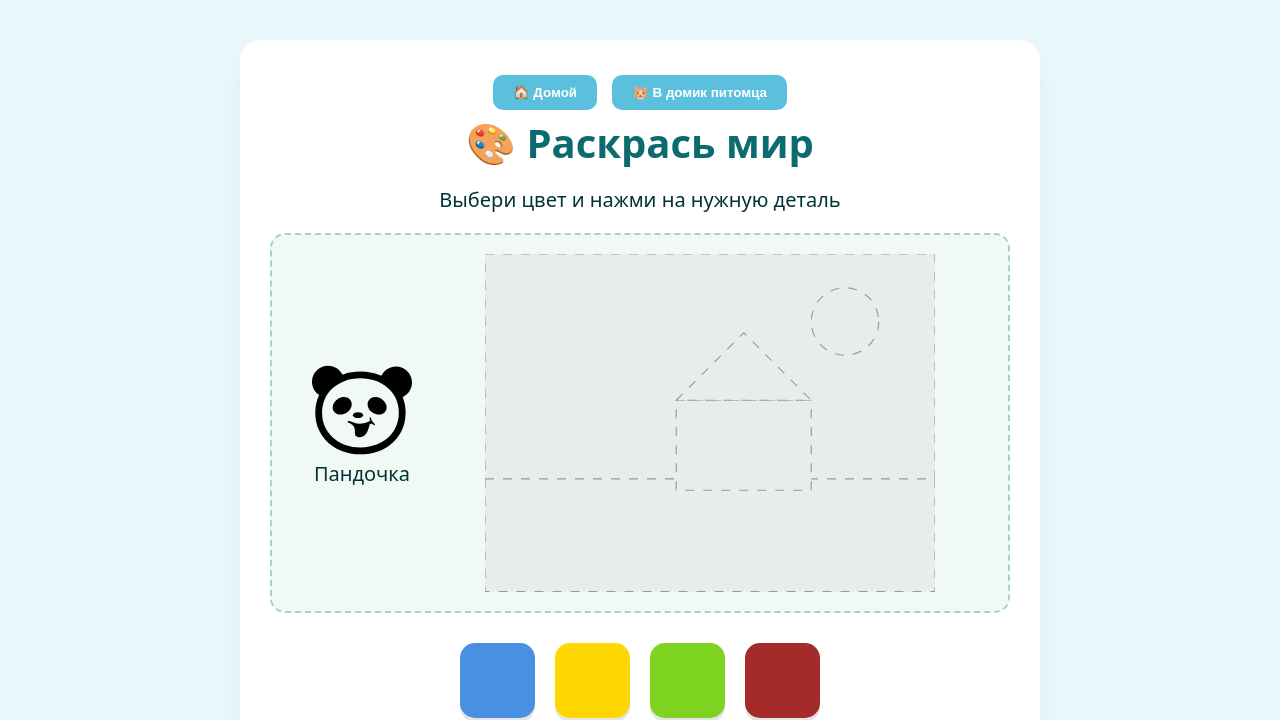
Repository: HOADF/kids-career-world
Page: games/artist/artist-game.html
These files come from the project's save history. The page is drawn as it stood at one moment and after the next save; the edit follows.
The browser window is 1280 px wide. The pictures show the whole page.
An inner scrolling area shows only its first screen.

Above is the page before, as saved 2026-03-10 12:33:32.

After the next save:
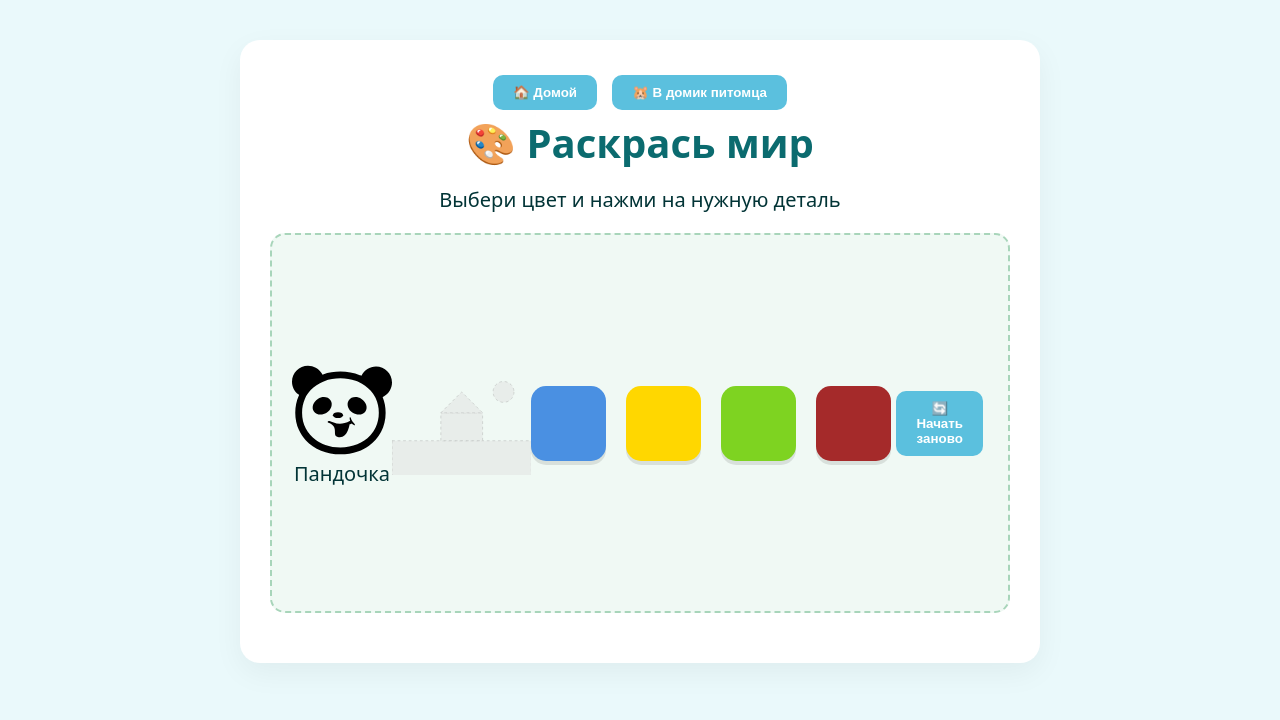
Saved 11 min 15 s later.
--- a/games/artist/artist-game.html
+++ b/games/artist/artist-game.html
@@ -27,20 +27,19 @@
                 <span class="pet-name">Пандочка</span>
             </div>
 
-            <div class="canvas-area">
-                <svg viewBox="0 0 200 150" id="paint-svg">
-                    <rect id="sky" class="paint-area" data-correct="blue" data-name="Небо" x="0" y="0" width="200" height="100" />
-                    <rect id="ground" class="paint-area" data-correct="green" data-name="Травка" x="0" y="100" width="200" height="50" />
+           <div class="canvas-area">
+              <svg viewBox="0 0 200 150" id="paint-svg">
+               rect id="sky" class="paint-area" data-correct="blue" data-name="Небо" x="0" y="0" width="200" height="100" />
 
-                    <circle id="sun" class="paint-area" data-correct="yellow" data-name="Солнышко" cx="160" cy="30" r="15" />
+                <rect id="ground" class="paint-area" data-correct="green" data-name="Травка" x="0" y="100" width="200" height="50" />
 
-                    <rect id="house" class="paint-area" data-correct="brown" data-name="Домик" x="85" y="65" width="60" height="40" />
+                <circle id="sun" class="paint-area" data-correct="yellow" data-name="Солнышко" cx="160" cy="30" r="15" />
 
-                    <path id="roof" class="paint-area" data-correct="brown" data-name="Крыша" d="M85 65 L115 35 L145 65 Z" />
-                </svg>
+                <rect id="house" class="paint-area" data-correct="brown" data-name="Стены домика" x="70" y="60" width="60" height="40" />
+
+                <path id="roof" class="paint-area" data-correct="red" data-name="Крыша" d="M70 60 L100 30 L130 60 Z" />
+              </svg>
             </div>
-        </div>
-
         <div class="palette">
             <div class="color-item" id="blue" data-color="blue" data-hex="#4A90E2" style="background-color: #4A90E2;"></div>
             <div class="color-item" id="yellow" data-color="yellow" data-hex="#FFD700" style="background-color: #FFD700;"></div>
